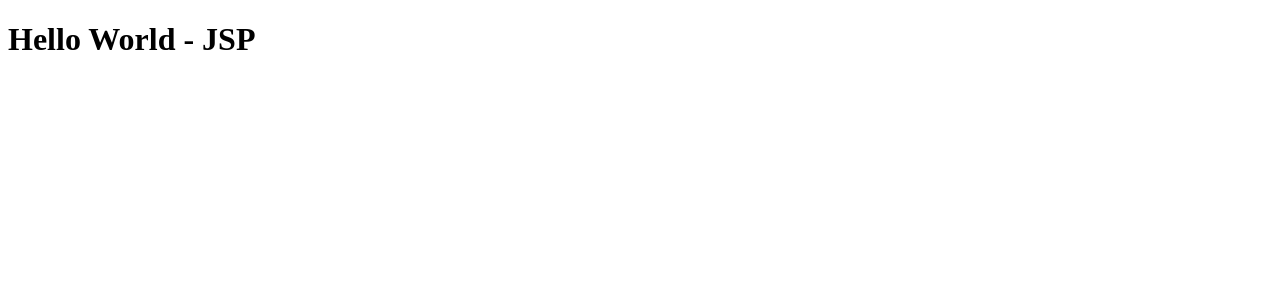
Repository: edwinisnow/jsp-servlets-demo
Page: http://localhost/SimpleServletProject/test.jsp
These files come from the project's save history. The page is drawn as it stood at one moment and after the next save; the edit follows.
The browser window is 1280 px wide. The pictures show the whole page.
The page is served by Tomcat 9.

Above is the page before, as saved 2024-05-06 21:16:44.

After the next save:
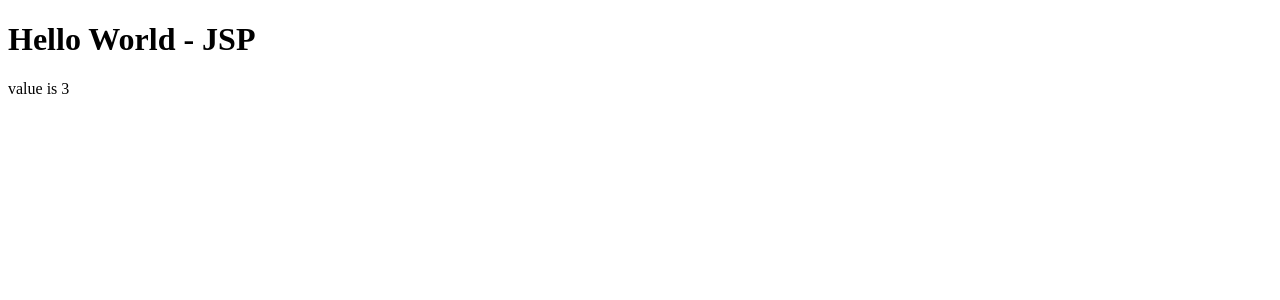
Saved 2 min 5 s later.
--- a/SimpleServletProject/src/main/webapp/test.jsp
+++ b/SimpleServletProject/src/main/webapp/test.jsp
@@ -8,5 +8,13 @@
 </head>
 <body>
 <h1>Hello World - JSP</h1>
+<%
+int i = 1;
+int j = 2;
+int k;
+
+k = i + j;
+out.println("value is "+ k);
+%>
 </body>
 </html>

After the save that followed:
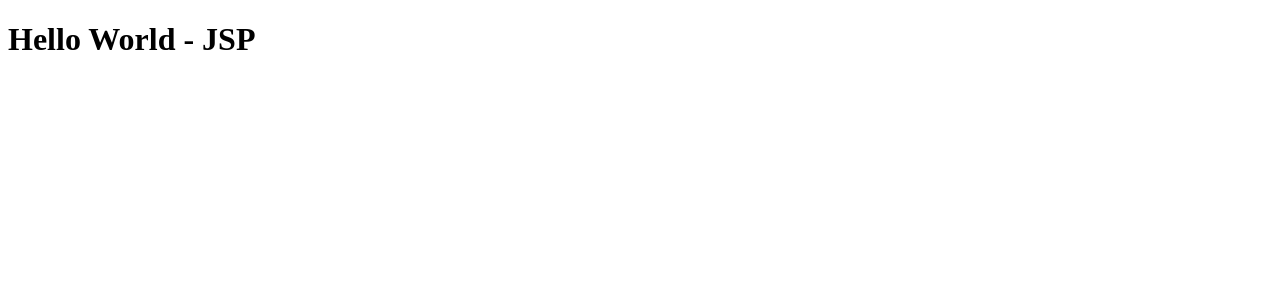
Saved 109 s later.
--- a/SimpleServletProject/src/main/webapp/test.jsp
+++ b/SimpleServletProject/src/main/webapp/test.jsp
@@ -14,7 +14,7 @@
 int k;
 
 k = i + j;
-out.println("value is "+ k);
+
 %>
 </body>
 </html>
